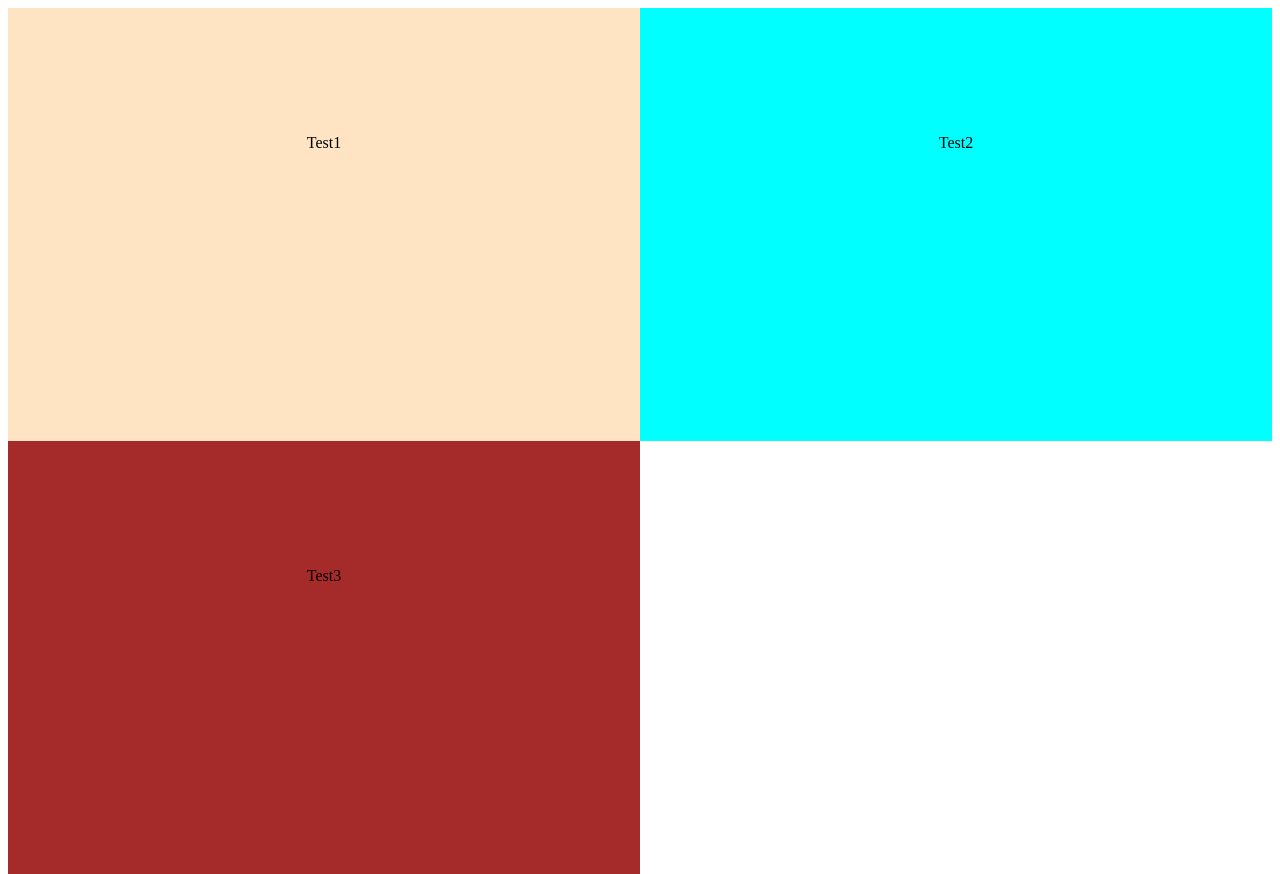
Repository: LongNguyen2504/T3H-FrondEnd
Page: Lesson4_CSS_Lecture.html
These files come from the project's save history. The page is drawn as it stood at one moment and after the next save; the edit follows.
The browser window is 1280 px wide. The pictures show the whole page.

Above is the page before, as saved 2021-12-03 19:57:36.

### Lesson4_CSS_Lecture.html
<!DOCTYPE html>
<html lang="en">
<head>
    <meta charset="UTF-8">
    <meta http-equiv="X-UA-Compatible" content="IE=edge">
    <meta name="viewport" content="width=device-width, initial-scale=1.0">
    <title>Document</title>
    <style>
        .ancestor-div{
            width: 100%;
            height: 100%;
            /* float:left */

        }
        .test{
            float: left;
            width: 30%;
            height: 180px;
            /* display: inline-block; */
            text-align: center;
            padding: 10%;
        }
    </style>
</head>
<body>
    <div class="ancestor-div">
        <div class="test" style="background-color: bisque;">Test1</div>
        <div class="test" style="background-color: aqua;">Test2</div>
        <div class="test" style="background-color: brown;">Test3</div>
    </div>
</body>
</html>

After the next save:
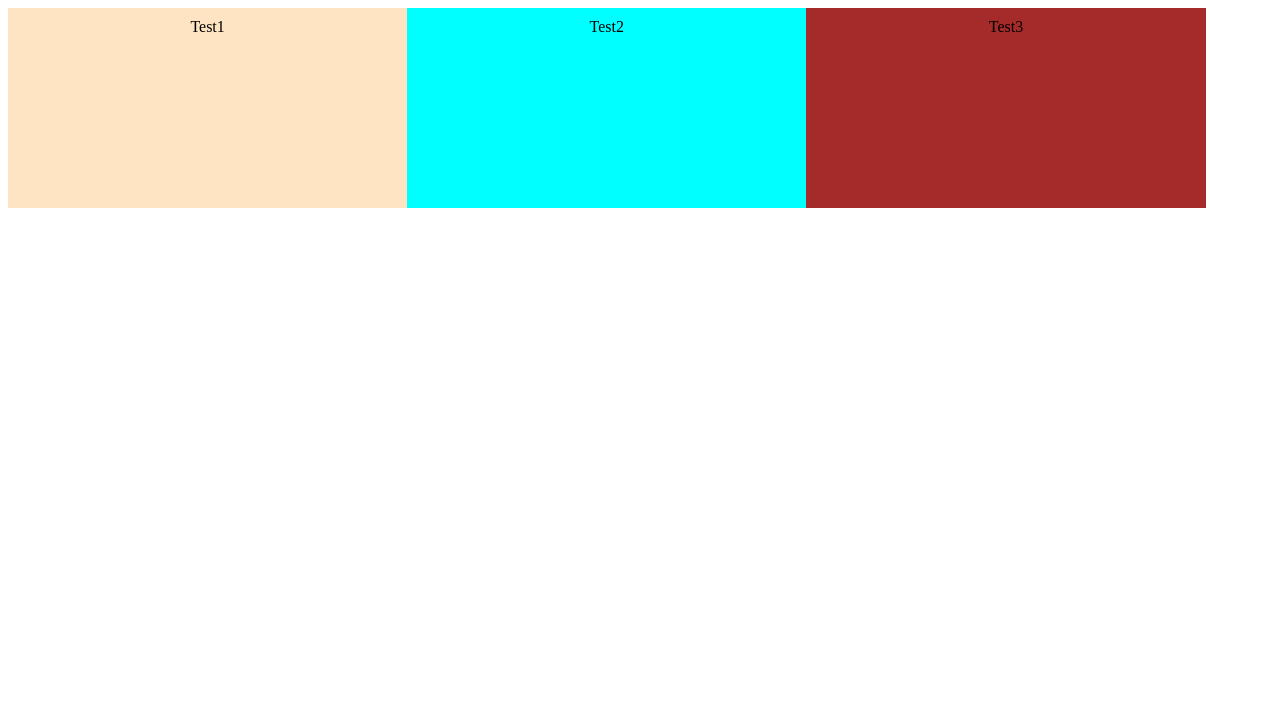
Saved 7 s later.
--- a/Lesson4_CSS_Lecture.html
+++ b/Lesson4_CSS_Lecture.html
@@ -18,7 +18,7 @@
             height: 180px;
             /* display: inline-block; */
             text-align: center;
-            padding: 10%;
+            padding: 10px;
         }
     </style>
 </head>

After the save that followed:
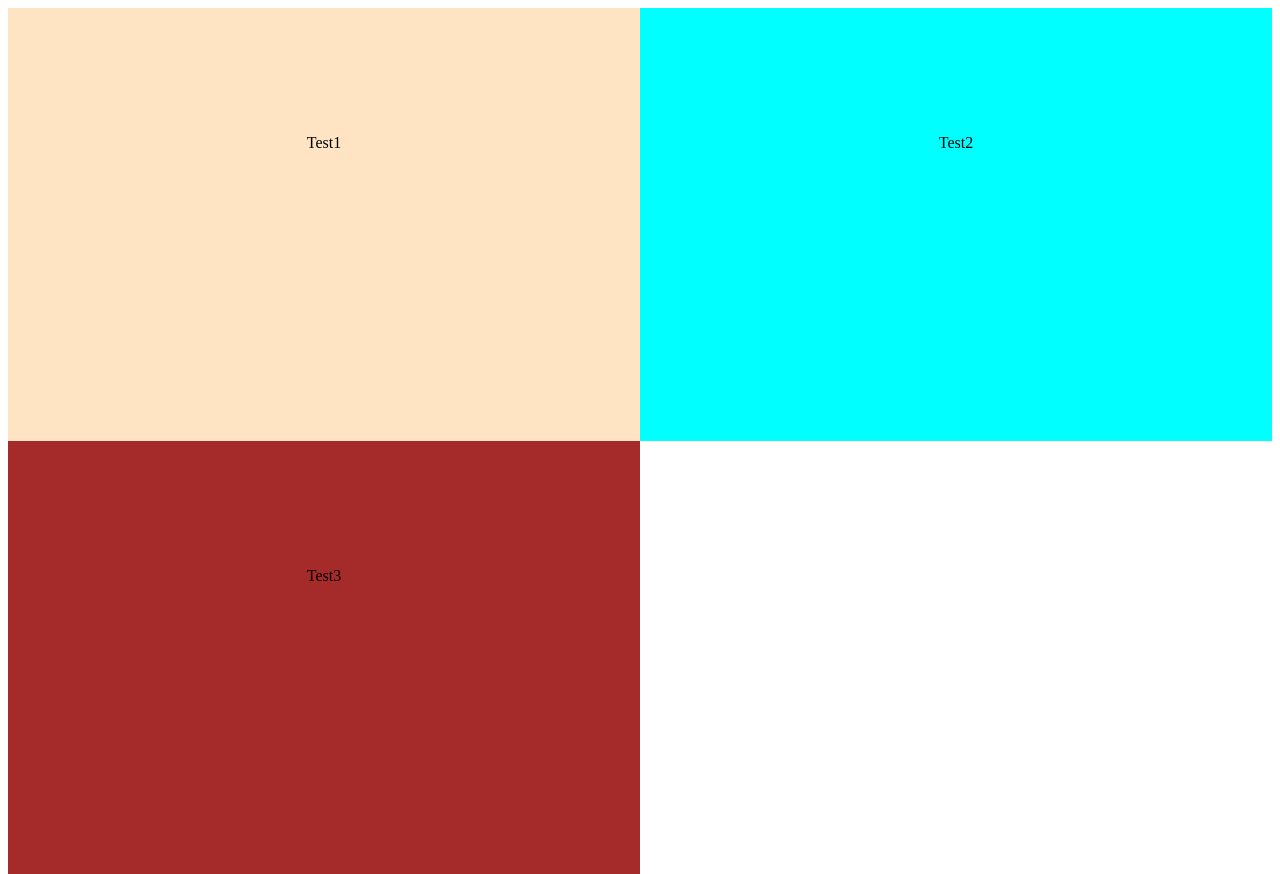
Saved 22 s later.
--- a/Lesson4_CSS_Lecture.html
+++ b/Lesson4_CSS_Lecture.html
@@ -18,7 +18,7 @@
             height: 180px;
             /* display: inline-block; */
             text-align: center;
-            padding: 10px;
+            padding: 10%;
         }
     </style>
 </head>
